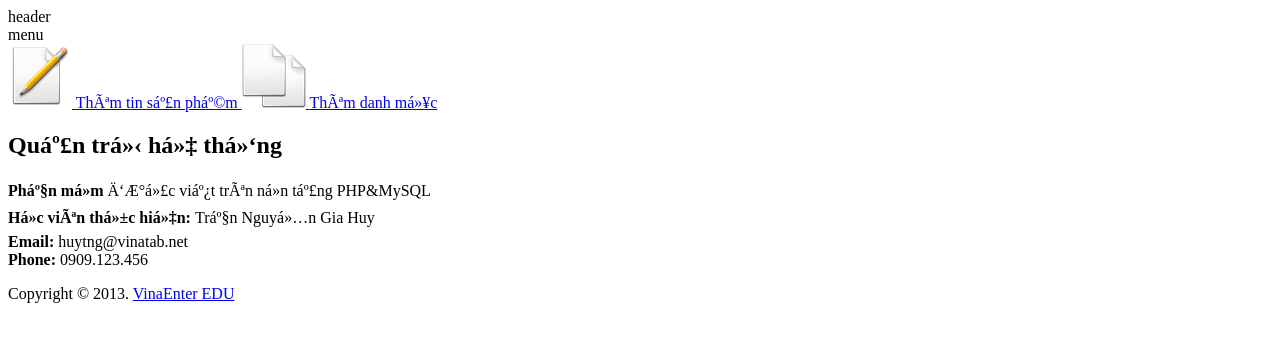
Repository: leducnam1805/JSP-SERVLET
Page: http://localhost/baiTap1/views/BT2/index.jsp
These files come from the project's save history. The page is drawn as it stood at one moment and after the next save; the edit follows.
The browser window is 1280 px wide. The pictures show the whole page.
The page is served by Tomcat 9.

Above is the page before, as saved 2020-06-24 03:06:01.

After the next save:
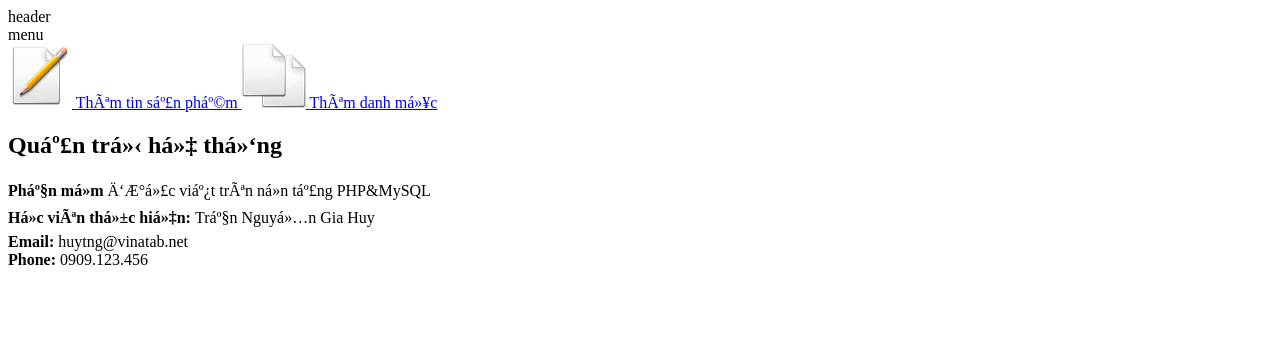
Saved 2 s later.
--- a/loiGiai/baiTap1/WebContent/views/BT2/index.jsp
+++ b/loiGiai/baiTap1/WebContent/views/BT2/index.jsp
@@ -43,13 +43,3 @@
             <div style="clear:both;"></div>
 
         <!-- Footer -->
-        <div id="footer">
-        	<div class="container_12">
-            	<div class="grid_12">
-                	<p>Copyright &copy; 2013. <a href="http://vinaenter.edu.vn" title="Đã học là làm được">VinaEnter EDU</a></p>
-        		</div>
-            </div>
-            <div style="clear:both;"></div>
-        </div> <!-- End #footer -->
-	</body>
-</html>
